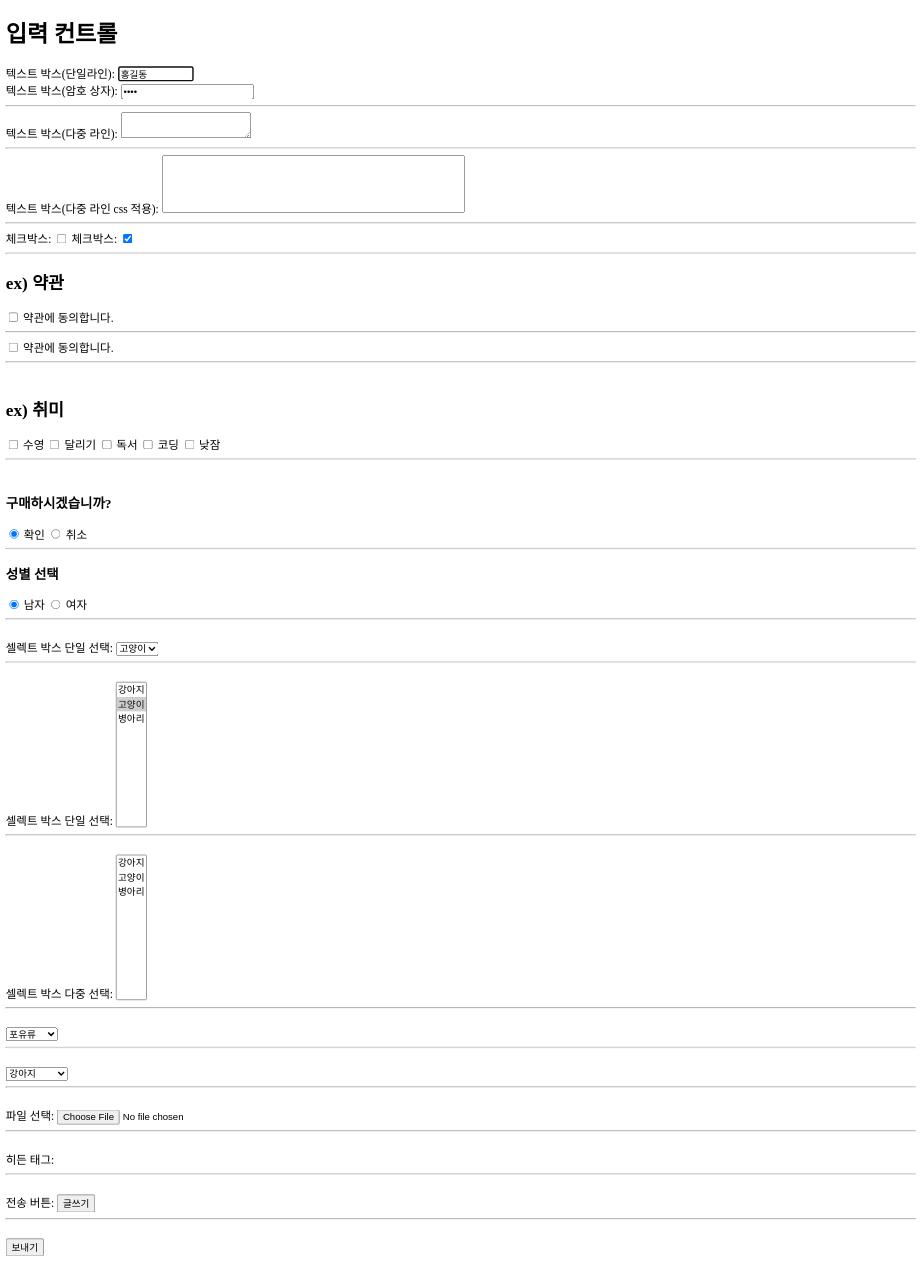
Repository: sungken/htmlProject
Page: ClientTest/src/main/webapp/html/ex19_form.html
These files come from the project's save history. The page is drawn as it stood at one moment and after the next save; the edit follows.
The browser window is 1280 px wide. The pictures show the whole page, at 72% of full size.

Above is the page before, as saved 2024-03-14 02:10:41.

After the next save:
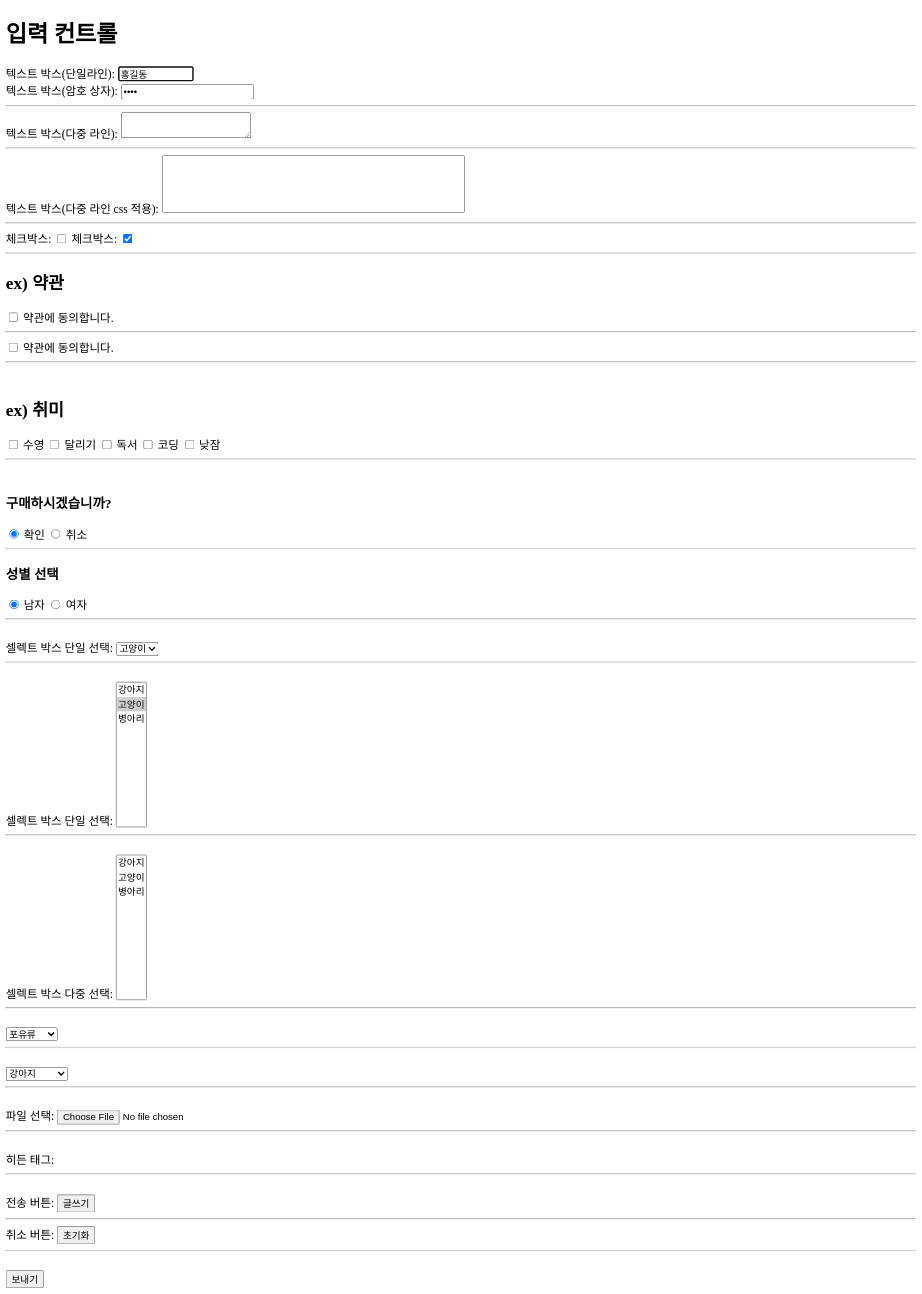
Saved 55 s later.
--- a/ClientTest/src/main/webapp/html/ex19_form.html
+++ b/ClientTest/src/main/webapp/html/ex19_form.html
@@ -237,8 +237,8 @@
 	버튼류
  -->
 	전송 버튼: <input type="submit" value="글쓰기">
-
-
+	<hr>
+	취소 버튼: <input type="reset" value="초기화">
 
 		<hr>
 		<br>
